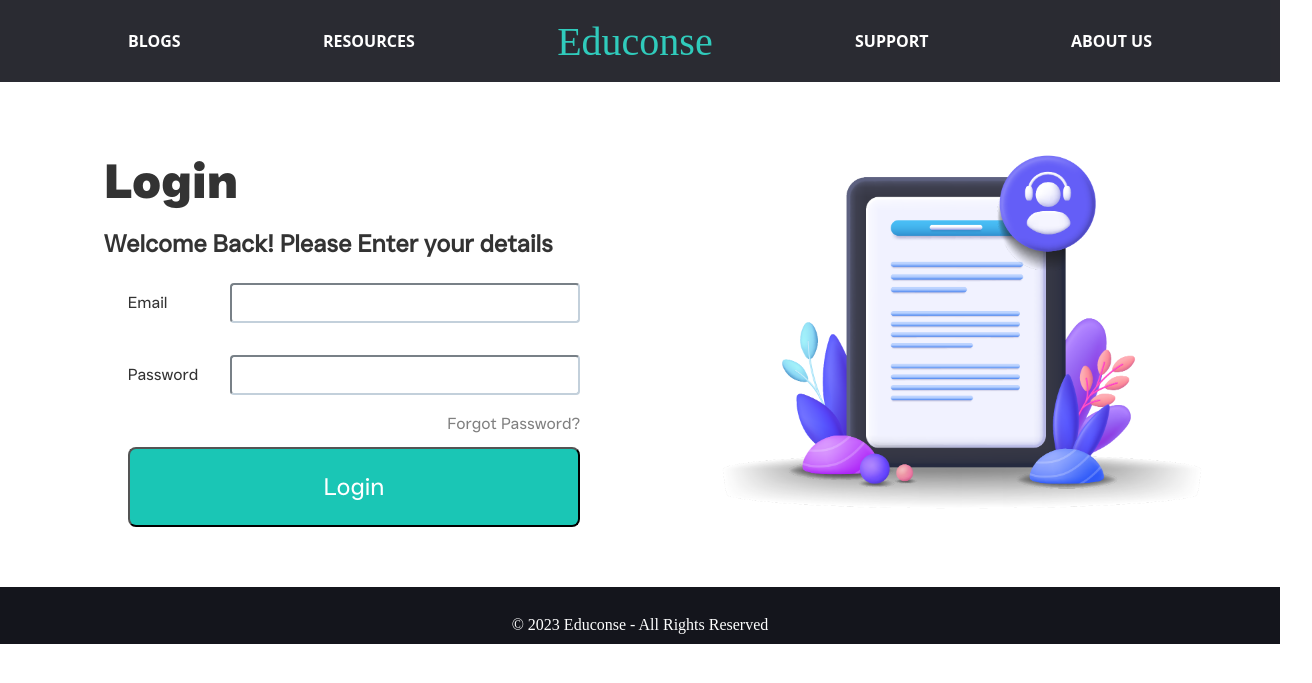
Repository: devajay07/educonse
Page: pages/login.html
An editor plug-in stored every save of this project. The page is shown before and after a run of saves, followed by the edit.
The browser window is 1280 px wide. The page is 1312 px wide, so the pictures cover 1312 px, including what lies to the right of the window. The pictures show the whole page.

Above is the page before, as saved 2023-10-15 02:54:25.

After the next 4 saves:
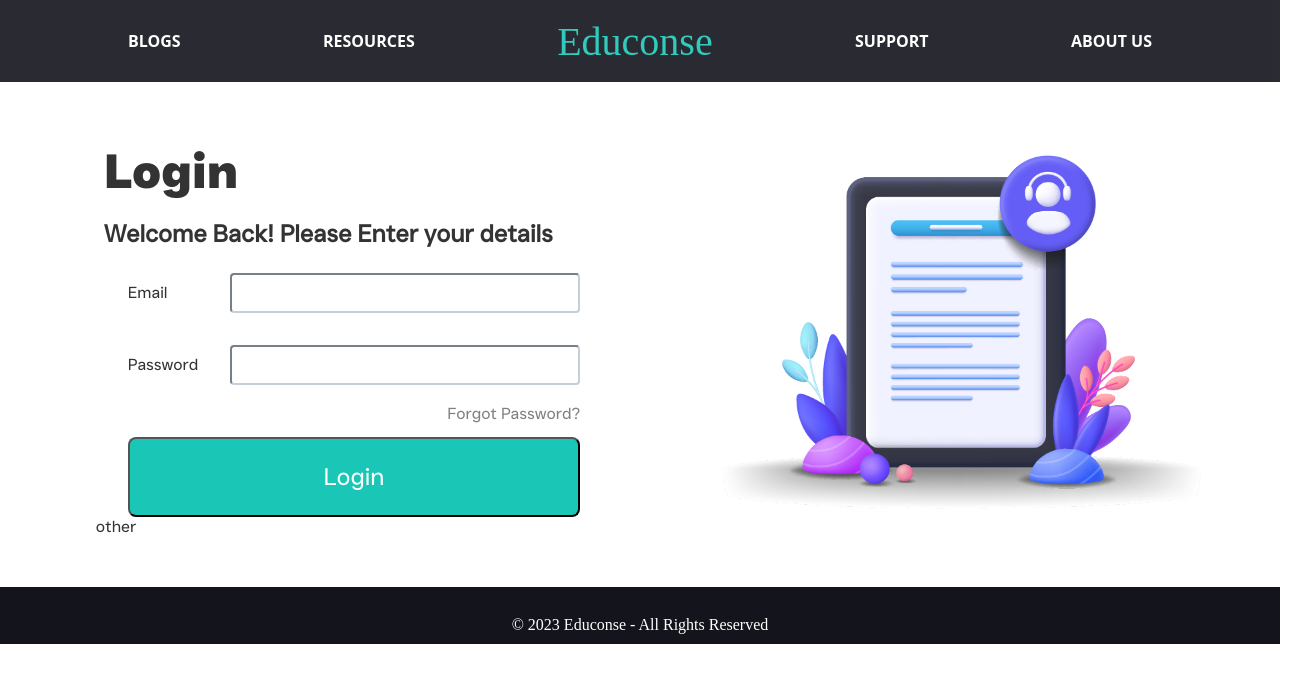
The 4 saves are shown as one change because they came seconds apart.
The last was saved 17 s later.
--- a/pages/login.html
+++ b/pages/login.html
@@ -36,7 +36,7 @@
         </div>
         <div class="other">
           <div class="line"></div>
-
+          <p>other</p>
         </div>
       </div>
       <div class="right-section">
